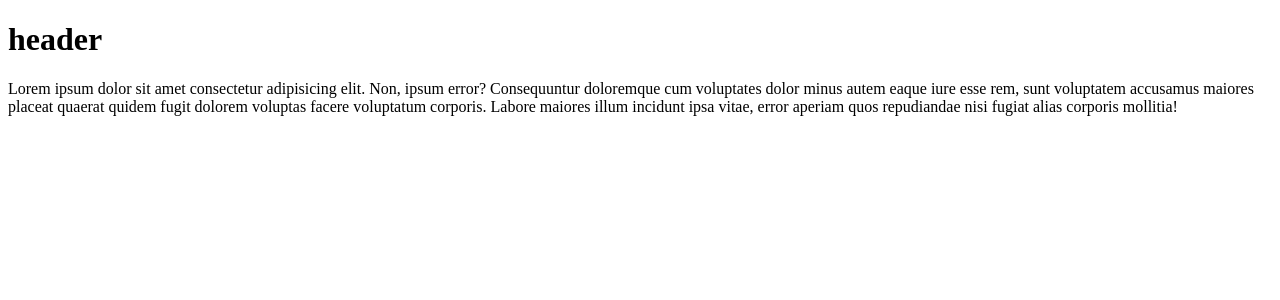
Repository: AHSANS354/tugas-sib5
Page: latihancss.html
These files come from the project's save history. The page is drawn as it stood at one moment and after the next save; the edit follows.
The browser window is 1280 px wide. The pictures show the whole page.

Above is the page before, as saved 2023-08-30 08:44:16.

### latihancss.html
<!DOCTYPE html>
<html lang="en">
  <head>
    <meta charset="UTF-8" />
    <meta name="viewport" content="width=device-width, initial-scale=1.0" />
    <title>Document</title>
    <link rel="stylesheet" href="./css/layout.css" />
  </head>
  <body>
    <h1>header</h1>
    <p>
      Lorem ipsum dolor sit amet consectetur adipisicing elit. Non, ipsum error? Consequuntur doloremque cum voluptates dolor minus autem eaque iure esse rem, sunt voluptatem accusamus maiores placeat quaerat quidem fugit dolorem voluptas
      facere voluptatum corporis. Labore maiores illum incidunt ipsa vitae, error aperiam quos repudiandae nisi fugiat alias corporis mollitia!
    </p>
  </body>
</html>

### css/layout.css
.header {
  background-image: url("../img/gambar.jpg");
}

After the next save:
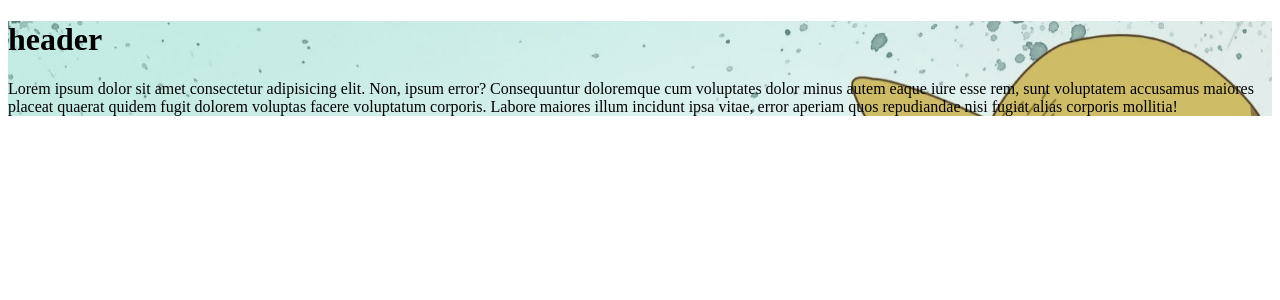
Saved 3 min 8 s later.
--- a/latihancss.html
+++ b/latihancss.html
@@ -7,10 +7,12 @@
     <link rel="stylesheet" href="./css/layout.css" />
   </head>
   <body>
-    <h1>header</h1>
-    <p>
-      Lorem ipsum dolor sit amet consectetur adipisicing elit. Non, ipsum error? Consequuntur doloremque cum voluptates dolor minus autem eaque iure esse rem, sunt voluptatem accusamus maiores placeat quaerat quidem fugit dolorem voluptas
-      facere voluptatum corporis. Labore maiores illum incidunt ipsa vitae, error aperiam quos repudiandae nisi fugiat alias corporis mollitia!
-    </p>
+    <div class="header">
+      <h1>header</h1>
+      <p>
+        Lorem ipsum dolor sit amet consectetur adipisicing elit. Non, ipsum error? Consequuntur doloremque cum voluptates dolor minus autem eaque iure esse rem, sunt voluptatem accusamus maiores placeat quaerat quidem fugit dolorem voluptas
+        facere voluptatum corporis. Labore maiores illum incidunt ipsa vitae, error aperiam quos repudiandae nisi fugiat alias corporis mollitia!
+      </p>
+    </div>
   </body>
 </html>
